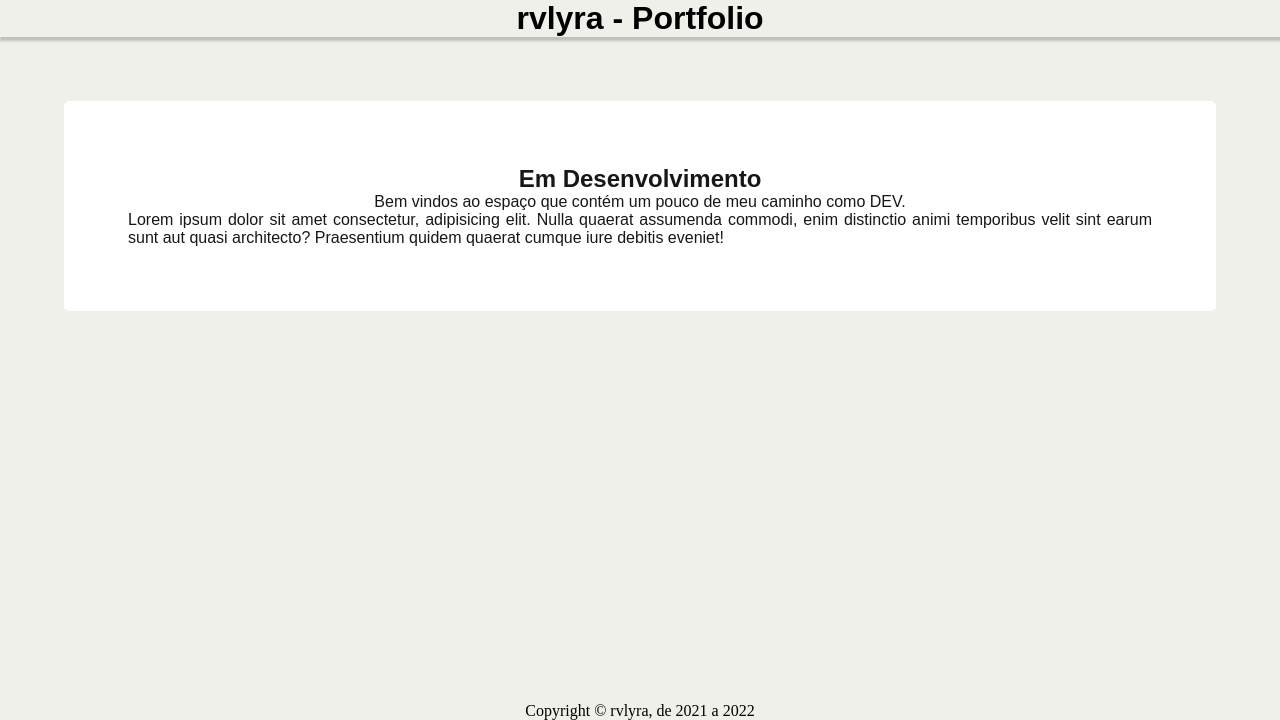
Repository: rvlyra/splash-screen-rvlyra
Page: Portfolio-RVLYRA/public/index.html
The author's editor kept a copy of each file at every save. The page is drawn from the files as they stood at one save, then again after the next save.
The browser window is 1280 px wide. The pictures show the whole page.
Some web fonts or font styles are not loaded; a fallback is used.

Above is the page before, as saved 2022-07-06 09:38:56.

### Portfolio-RVLYRA/public/index.html
<!DOCTYPE html>
<html lang="en">
<head>
    <meta charset="UTF-8">
    <meta http-equiv="X-UA-Compatible" content="IE=edge">
    <meta name="viewport" content="width=device-width, initial-scale=1.0">
    <link rel="stylesheet" href="../assets/src/css/rl.main.css">
    <title>rvlyra @ Portfolio</title>
</head>
<body>
    <main>

        <header class="header">
            <h1>rvlyra - Portfolio</h1>
        </header>

        <section class="sec-one">
            <h2>Em Desenvolvimento</h2>
            <p>Bem vindos ao espaço que contém um pouco de meu caminho como DEV.</p>
            <p>Lorem ipsum dolor sit amet consectetur, adipisicing elit. Nulla quaerat assumenda commodi, enim distinctio animi temporibus velit sint earum sunt aut quasi architecto? Praesentium quidem quaerat cumque iure debitis eveniet!</p>
        </section>
        <section></section>
        <section></section>


    </main>
    <footer class="footer">
        <p>Copyright © rvlyra, de 2021 a <span id="ano"></span></p>
    </footer>


      <script src="../assets/src/js/rl.main.js"></script>
</body>
</html>

### Portfolio-RVLYRA/assets/src/css/rl.main.css
@import url('https://fonts.googleapis.com/css2?family=Mingzat&display=swap');

* {
    margin: 0;
    padding: 0;
    box-sizing: border-box;
}

.header {
    font-family: 'Mingzat', sans-serif;
    display:flex;
    justify-content:center;
    align-items:center;
    box-shadow: 2px 2px 2px 2px rgba(0, 0, 0, 0.2);
}

main {
    background-color: rgb(240, 240, 234);
    width:100vw;
    height:100vh;
}

.sec-one {
    font-family: 'Mingzat', sans-serif;
    display:flex;
    justify-content:space-evenly;
    align-items:center;
    flex-direction: column;
    color: rgb(24, 23, 23);
    text-align: justify;
    margin: 5%;
    padding: 5%;
    border-radius: 5px;;

    background-color:rgb(255, 255, 255);

}

.footer {
    width: 100%;
    bottom: 0;
    position: fixed;
    text-align: center;
}

### Portfolio-RVLYRA/assets/src/js/rl.main.js
const ano = document.getElementById("ano");
const anoAtual = new Date();
ano.innerHTML = anoAtual.getFullYear();

After the next save:
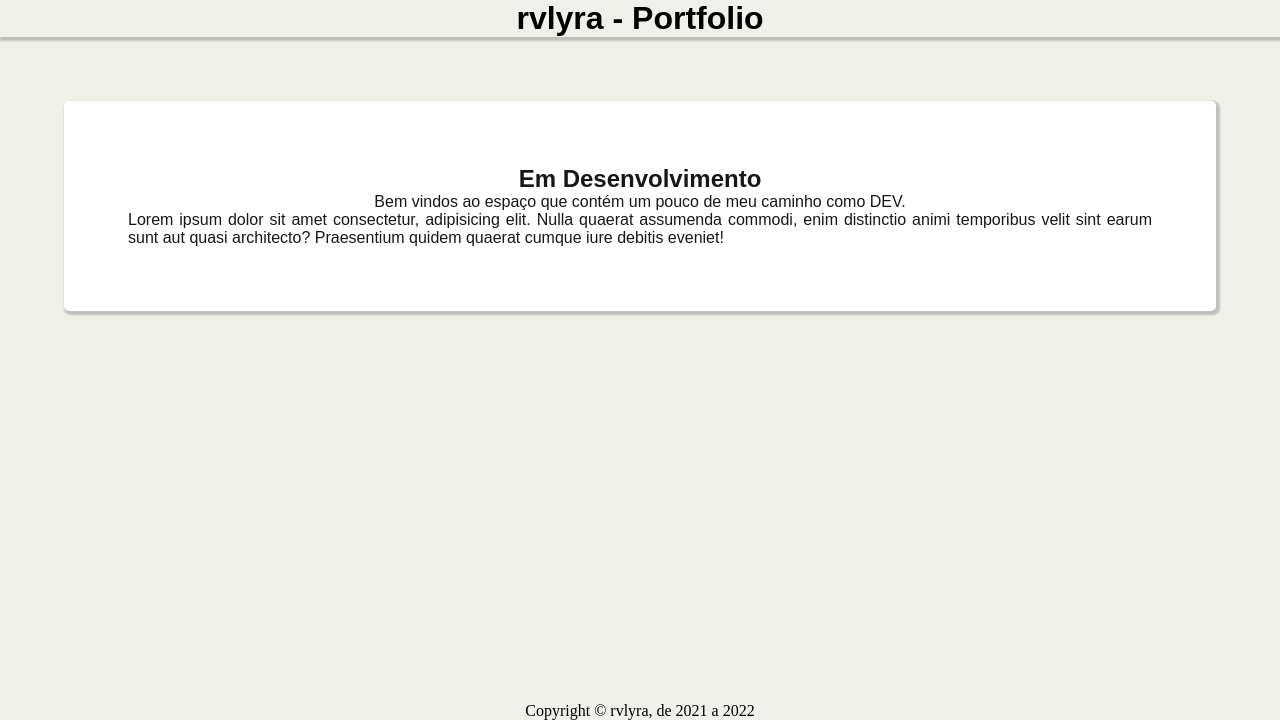
Saved 16 s later.
--- a/Portfolio-RVLYRA/assets/src/css/rl.main.css
+++ b/Portfolio-RVLYRA/assets/src/css/rl.main.css
@@ -30,7 +30,8 @@ main {
     text-align: justify;
     margin: 5%;
     padding: 5%;
-    border-radius: 5px;;
+    border-radius: 5px;
+    box-shadow: 2px 2px 2px 2px rgba(0, 0, 0, 0.2);
 
     background-color:rgb(255, 255, 255);
 
